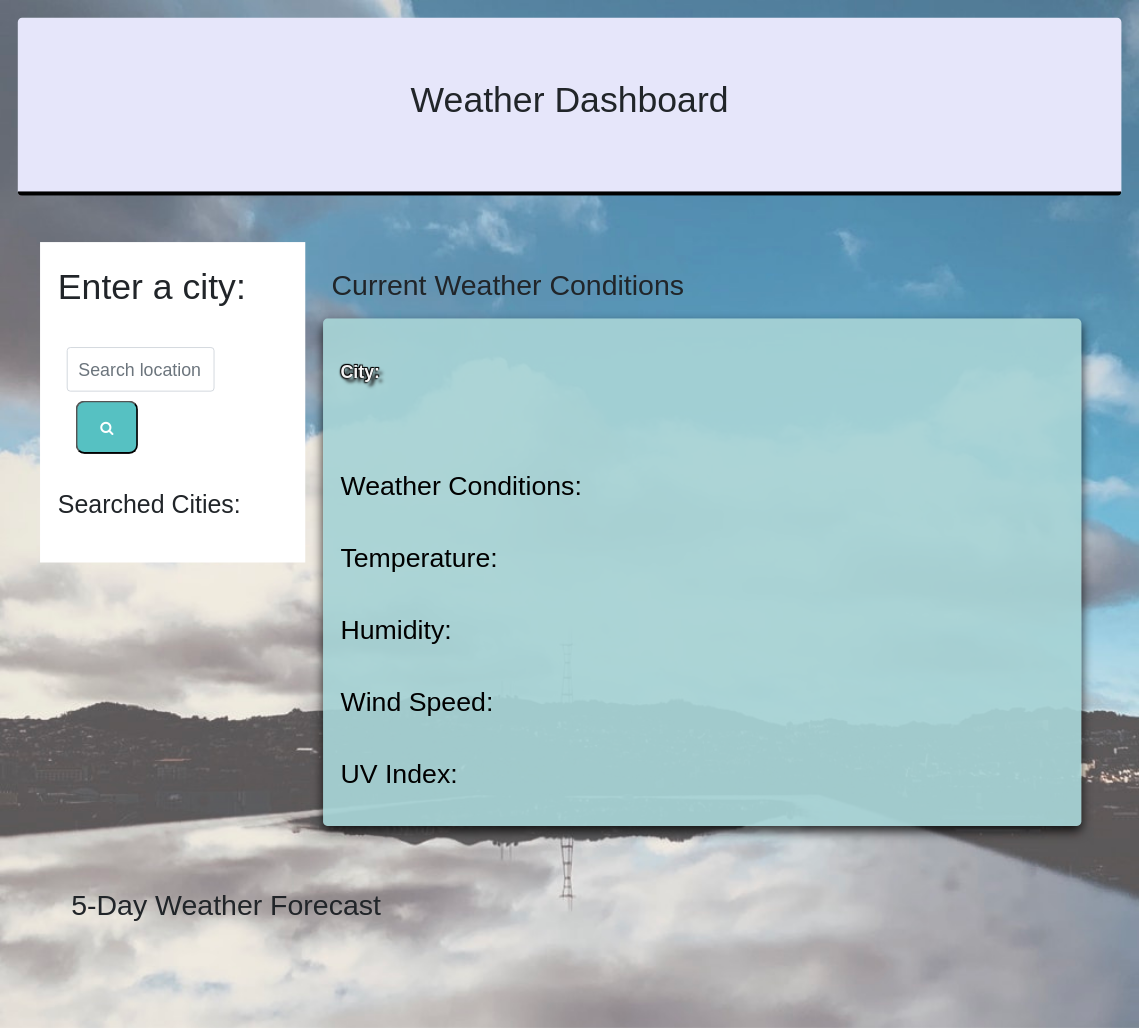
Repository: nsc9605/WeatherDashboard_API
Page: index.html
These files come from the project's save history. The page is drawn as it stood at one moment and after the next save; the edit follows.
The browser window is 1280 px wide. The pictures show the whole page, at 89% of full size.
Backgrounds fixed to the window are drawn as part of the page. Some web fonts or font styles are not loaded; a fallback is used. Some web libraries are served in a nearby version.

Above is the page before, as saved 2021-04-07 11:47:04.

After the next save:
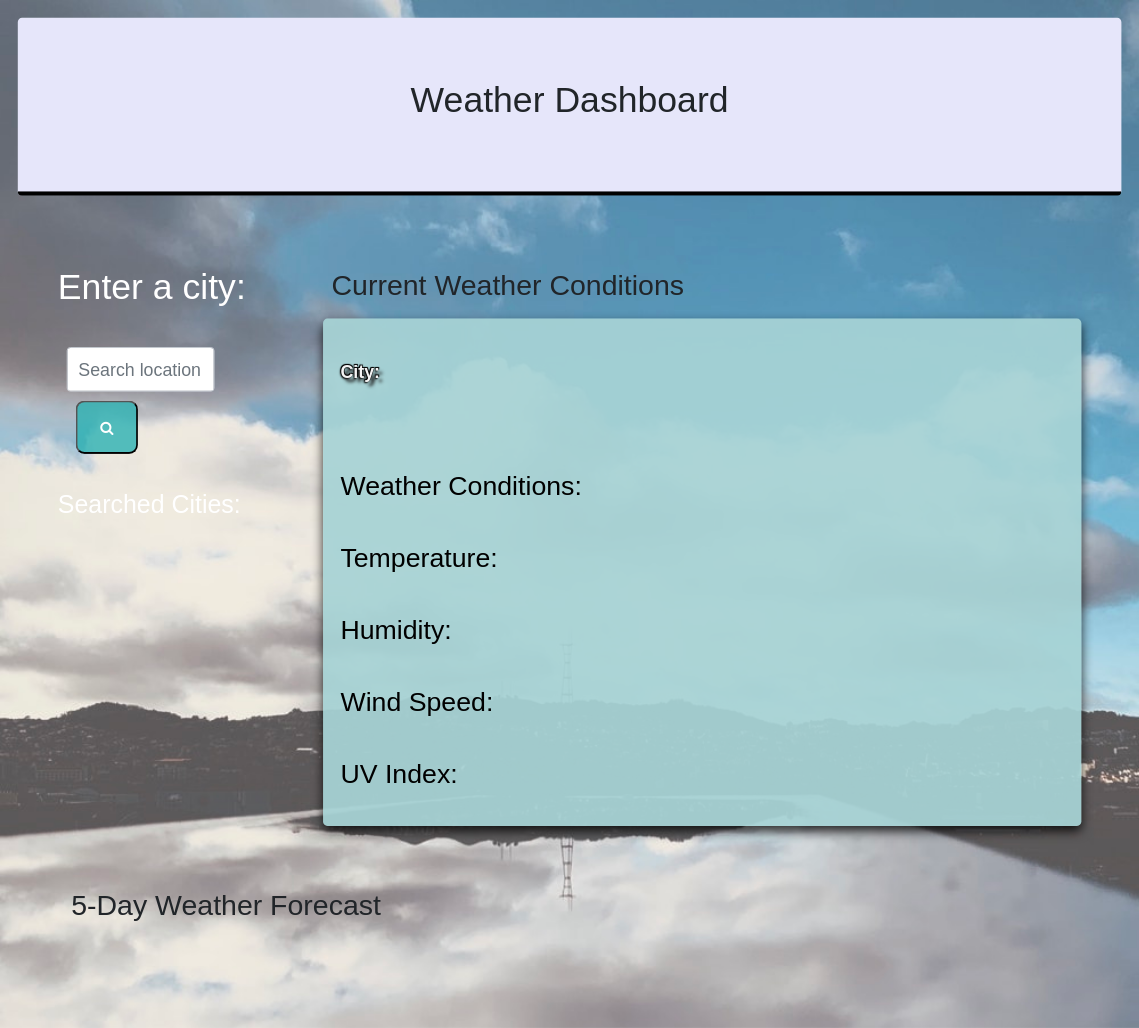
Saved 37 s later.
--- a/assets/style.css
+++ b/assets/style.css
@@ -34,7 +34,7 @@ i {
 }
 
 .col-3 {
-    background: white;
+    color: white;
 }
 
 h4,
